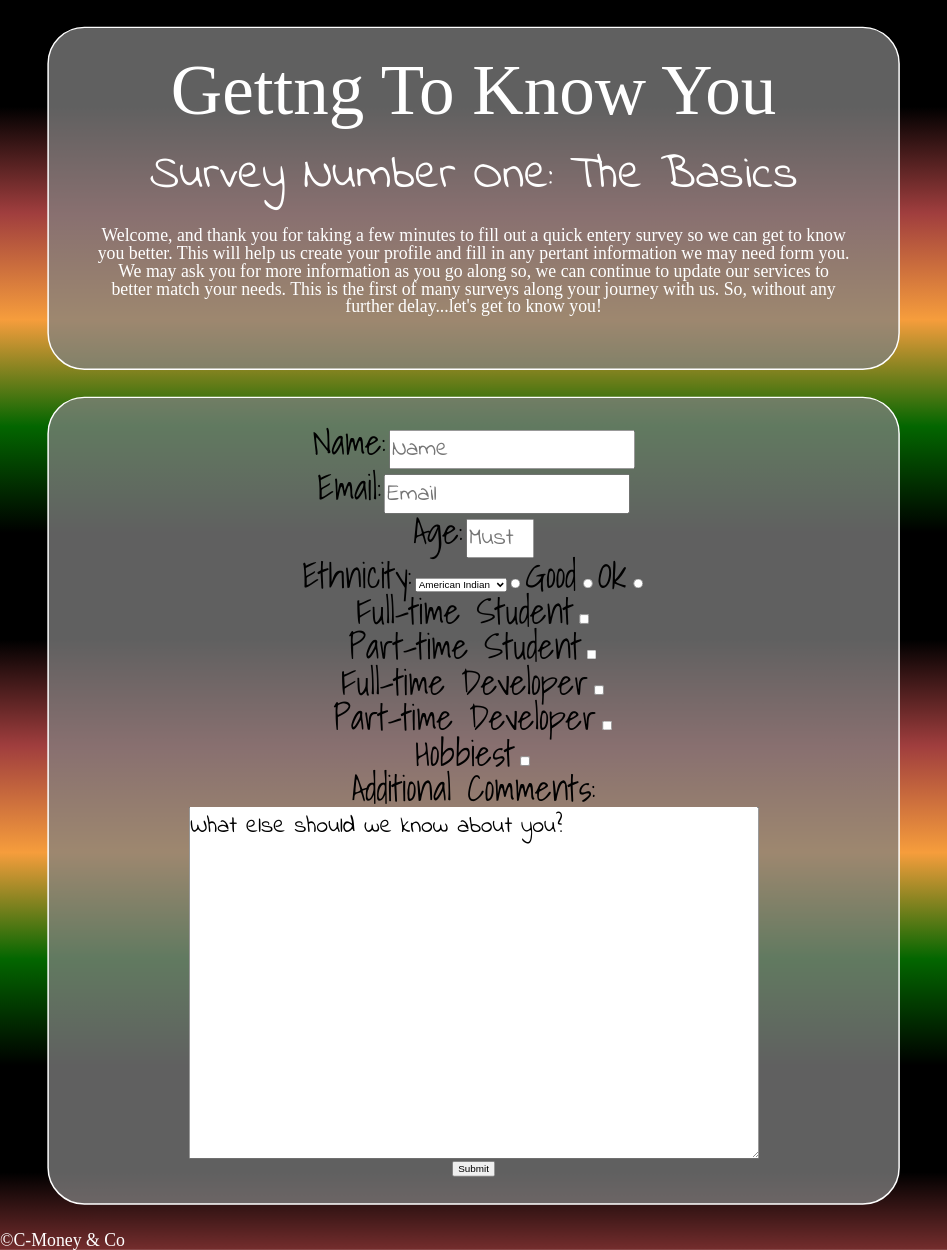
Repository: ctcoleman/surveyForm
Page: index.html
An editor plug-in stored every save of this project. The page is shown before and after the next save, followed by the edit.
The browser window is 1280 px wide. The pictures show the whole page, at 74% of full size.
Some web fonts or font styles are not loaded; a fallback is used.

Above is the page before, as saved 2020-06-29 11:17:55.

### index.html
<!DOCTYPE html>
<html lang="en">

<!-- Head -->

<head>
  <meta name="description" content="Survey Form Example Project">
  <meta name="author" content="Christopher Coleman">
  <meta name="title" content="Survey Form Project">
  <meta name="keywords" content="Survey, Forms, HTML, CSS, Example, Project" <meta name="viewport"
    content="width=device-width, initial-scale=1.0">
  <meta charset="UTF-8">
  <link rel="stylesheet" type="text/css" href="/assets/stylesheets/index.css">
  <link
    href="https://fonts.googleapis.com/css2?family=Holtwood+One+SC&family=Indie+Flower&family=Shadows+Into+Light&display=swap"
    rel="stylesheet">
  <title>.:Getting to know you:.</title>
</head>

<!-- Body -->

<body>


  <!-- Main Content-->
  <main id="main">

    <!-- Header -->
    <header id="titleHeading" class="heading">
      <h1 id="title">Gettng To Know You</h1>
      <h2>Survey Number One: The Basics</h2>
      <section class="descriptionSection">
        <p id="description">Welcome, and thank you for taking a few minutes to fill out a quick entery survey so we can
          get to know you better. This will help us create your profile and fill in any pertant information we may need
          form you. We may ask you for more information as you go along so, we can continue to update our services to
          better match your needs. This is the first of many surveys along your journey with us. So, without any further
          delay...let's get to know you!</p>
      </section>
    </header>

    <!-- Survey Form -->
    <form id="surveyForm" class="formWrapper" action="#" method="post">
      <!-- Name -->
      <div class="formEntery nameEntery">
        <label id="name-label" for="name">Name:</label>
        <input type="text" id="name" name="user_name" placeholder="Name" required>
      </div>
      <!-- E-Mail -->
      <div class="formEntery emailEntery">
        <label id="email-label" for="email">Email:</label>
        <input type="email" id="email" name="user_email" placeholder="Email" required>
      </div>
      <!-- Number -->
      <div class="formEntery numberEntery">
        <label id="number-label" for="number">Age:</label>
        <input type="number" id="number" placeholder="Must be older than 18" min="18" max="150">
      </div>
      <!-- Dropdown -->
      <div id="dropDownEntery" class="formEntery">
        <label for="dropdown-label">Ethnicity:</label>
        <select type="dropdown" id="dropdown" placeholder="Select from the following" required>
          <option value="americanIndian">American Indian</option>
          <option value="asian">Asian</option>
          <option value="africanAmerican">African American</option>
          <option value="hispanic">Hispanic</option>
          <option value="pacificIslander">Pacific Islander</option>
          <option value="white">White</option>
      </div>
      <!-- Radio Buttons -->
      <div id="radioButtons" class="formEntery radioButtons">

        <label for="radioGreat">Great</label>
        <input class="radio" type="radio" id="radioGreat" name="radio" value="Great">

        <label for="radioGood">Good</label>
        <input class="radio" type="radio" id="radioGood" name="radio" value="Good">

        <label for="radioOk">Ok</label>
        <input class="radio" type="radio" id="radioOk" name="radio" value="Ok">

      </div>

      <div id="checkboxInputs" class="formEntery checkbox">
        <div id="fullTimeStudentCheck">
          <label for="fullTimeStudent">Full-time Student</label>
          <input type="checkbox" id="fullTimeStudent" name="Full-time Student" value="Full-time Student">
        </div>
        <div id="partTimeStudentCheck">
          <label for="partTimeStudent">Part-time Student</label>
          <input type="checkbox" id="partTimeStudent" name="Part-time Student" value="Part-time Student">
        </div>
        <div id="fullTimeDeveloperCheck">
          <label for="fullTimeDev">Full-time Developer</label>
          <input type="checkbox" id="fullTimeDev" name="Full-time Developer" value="Full-time Developer">
        </div>
        <div id="partTimeDeveloperCheck">
          <label for="partTimeDev">Part-time Developer</label>
          <input type="checkbox" id="partTimeDev" name="Part-time Developer" value="Part-time Developer">
        </div>
        <div id="hobbiestCheckbox">
          <label for="hobbiest">Hobbiest</label>
          <input type="checkbox" id="hobbiest" name="Hobbiest" value="hobbiest">
        </div>
      </div>
      <div id="textarea">
        <label for="additionalComments">Additional Comments:</label>
        <textarea id="additionalComments" name="additionalComments" rows="10"
          cols="50">What else should we know about you? </textarea>
      </div>

      <button type="submit" id="submit" form="surveyForm" value="Submit">Submit</button>
    </form>


    <!-- Footer -->
    <footer>
      <p>&copy;C-Money & Co</p>
    </footer>
  </main>

  <script src='https://cdn.freecodecamp.org/testable-projects-fcc/v1/bundle.js'></script>
</body>

</html>

### assets/stylesheets/index.css

/*
=== CSS Reset ===
  http://meyerweb.com/eric/tools/css/reset/ ]
  v2.0 | 20110126
  License: none (public domain)
*/

html, body, div, span, applet, object, iframe,
h1, h2, h3, h4, h5, h6, p, blockquote, pre,
a, abbr, acronym, address, big, cite, code,
del, dfn, em, img, ins, kbd, q, s, samp,
small, strike, strong, sub, sup, tt, var,
b, u, i, center,
dl, dt, dd, ol, ul, li,
fieldset, form, label, legend,
table, caption, tbody, tfoot, thead, tr, th, td,
article, aside, canvas, details, embed,
figure, figcaption, footer, header, hgroup,
menu, nav, output, ruby, section, summary,
time, mark, audio, video {
	margin: 0;
	padding: 0;
	border: 0;
	font-size: 62.5%;
	font: inherit;
  vertical-align: baseline;
  box-sizing: border-box;
}
/* HTML5 display-role reset for older browsers */
article, aside, details, figcaption, figure,
footer, header, hgroup, menu, nav, section {
	display: block;
}
body {
	line-height: 1;
}
ol, ul {
	list-style: none;
}
a {
  text-decoration: none;
}
blockquote, q {
	quotes: none;
}
blockquote:before, blockquote:after,
q:before, q:after {
	content: '';
	content: none;
}
table {
	border-collapse: collapse;
	border-spacing: 0;
}
/*
=== Fonts Used ===
font-family: 'Holtwood One SC', serif;
font-family: 'Indie Flower', cursive;
font-family: 'Shadows Into Light', cursive;
/*

=== Basic Styling ===
*/
html {
  background-image: linear-gradient( #000000 20%, #a03e3e 40%, #f69d3c 60%, #036600 80%, #000000 100%);
  height: 100%;
 }

h1 {
  color: white;
  font-family: 'Holtwood One SC', serif;
  font-size: 6rem;
}

h2 {
  color: white;
  font-family: 'Indie Flower', cursive;
  font-size: 4rem;
}

p {
  color: white;
  font-size: 1.5rem;
}

/*
=== Header Styleing ===
*/

header {
  background: rgba(128, 128, 128, 0.75);
  padding: 5vh 5vw;
  margin: 5vh 5vw;
  text-align: center;
  border: 2px solid white;
  border-radius: 50px;
}
#title {
  margin-bottom: 5vh;
}
#description {
  margin: 5vh 0;
}

/*
=== Basic Form Styling ===
*/

#surveyForm {
  background: rgba(128, 128, 128, 0.75);
  padding: 5vh 5vw;
  margin: 5vh 5vw;
  text-align: center;
  border: 2px solid white;
  border-radius: 50px;
  display: flex;
  flex-direction: column;
  align-items: center;
  justify-content: space-evenly;
}
#surveyForm label {
  font-size: 3rem;
  font-family: 'Shadows Into Light', cursive;
}
#surveyForm input,
#surveyForm textarea {
  font-size: 2rem;
  font-family: 'Indie Flower', cursive;
}

/*
=== Name Styling ===
*/
div #nameEntery #name-label{
  margin: 5vh 0;
}
/*
=== Email Styling ===
*/

/*
=== Age Styling ===
*/

/*
=== Radio Button Styling ===
*/

/*
=== Checkbox Styling ===
*/

/*
=== Textarea Styling ===
*/

/*
=== Submit Button Styling ===
*/

After the next save:
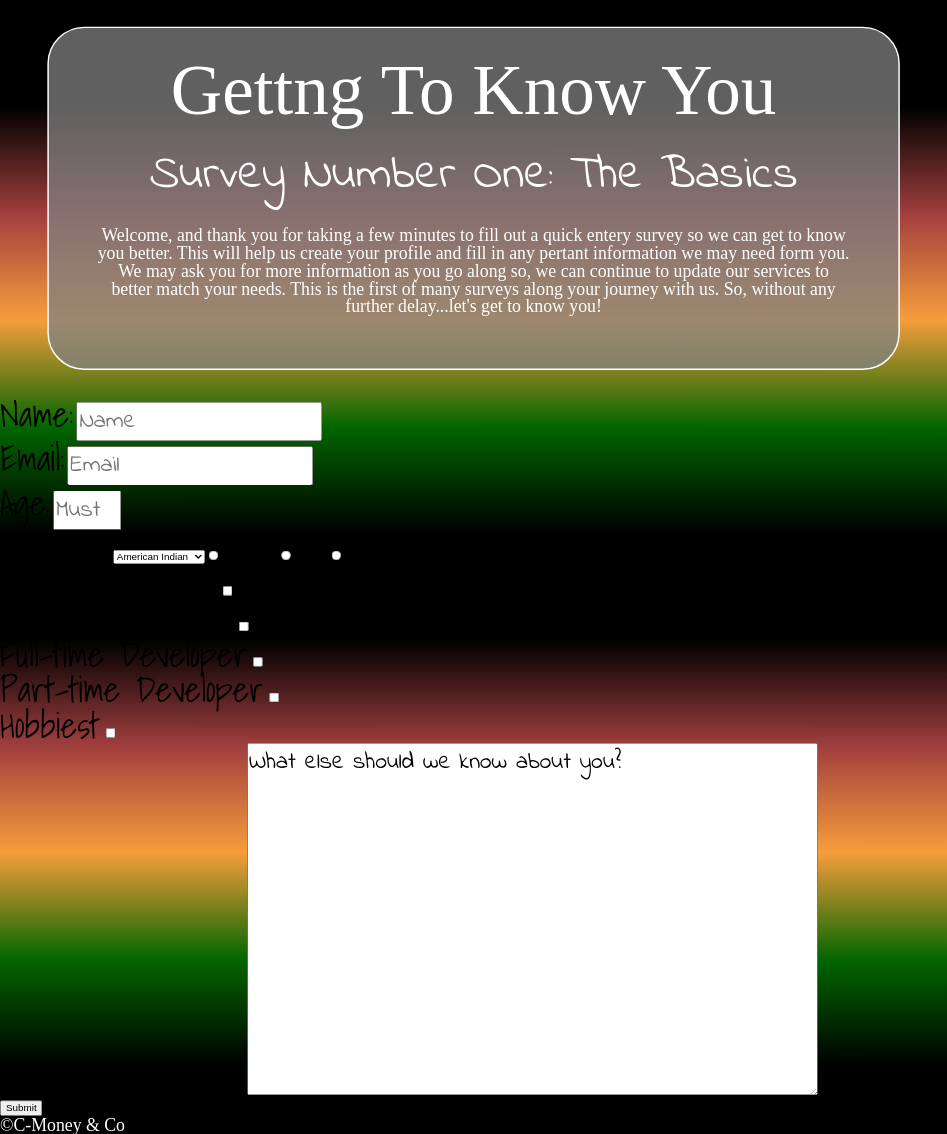
Saved 4 s later.
--- a/assets/stylesheets/index.css
+++ b/assets/stylesheets/index.css
@@ -107,7 +107,7 @@ header {
 === Basic Form Styling ===
 */
 
-#surveyForm {
+#survey-form {
   background: rgba(128, 128, 128, 0.75);
   padding: 5vh 5vw;
   margin: 5vh 5vw;
